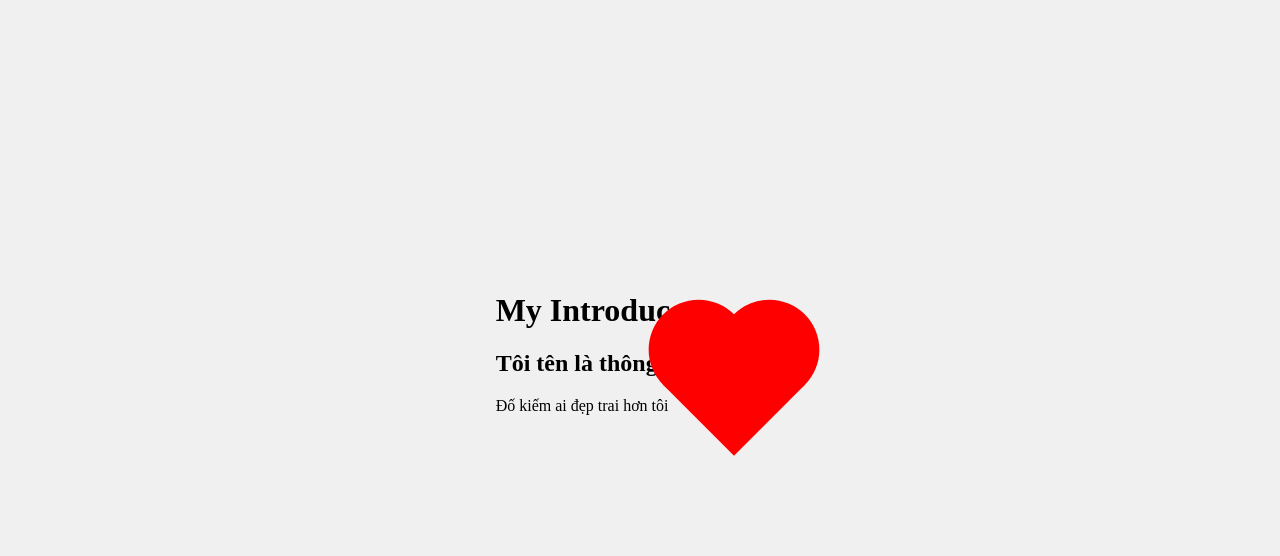
Repository: Thonghehe/profile
Page: index.html
These files come from the project's save history. The page is drawn as it stood at one moment and after the next save; the edit follows.
The browser window is 1280 px wide. The pictures show the whole page.

Above is the page before, as saved 2024-11-15 13:33:34.

After the next save:
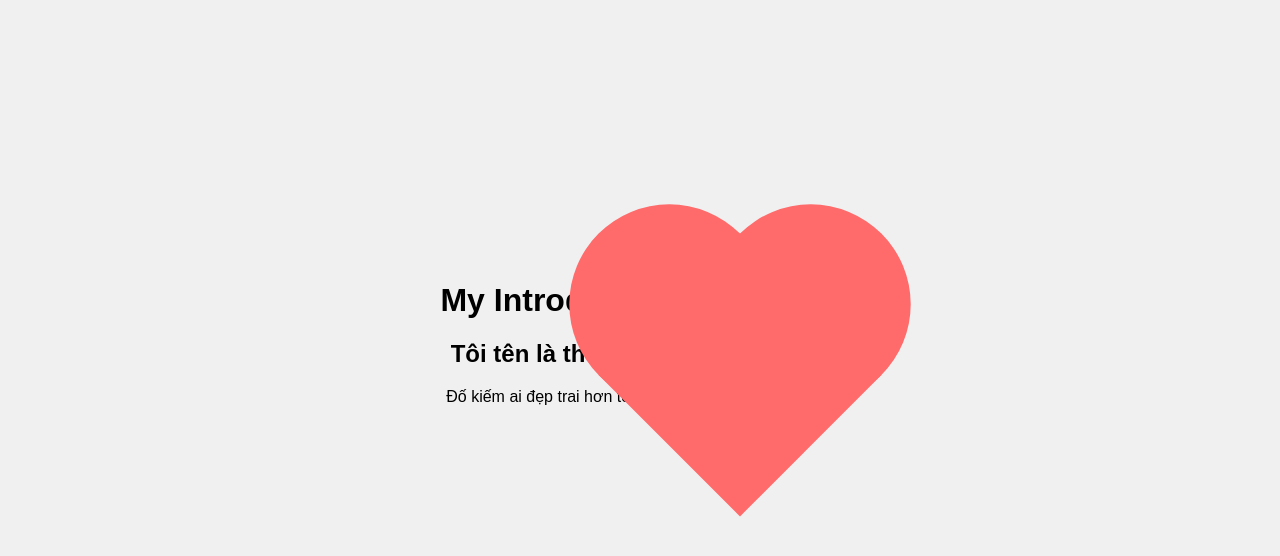
Saved 26 s later.
--- a/style.css
+++ b/style.css
@@ -5,13 +5,19 @@ body {
     height: 100vh;
     margin: 0;
     background-color: #f0f0f0;
+    font-family: Arial, sans-serif;
+}
+
+div {
+    text-align: center;
+    margin-bottom: 20px;
 }
 
 .heart {
     position: relative;
-    width: 100px;
-    height: 100px;
-    background-color: red;
+    width: 200px;
+    height: 200px;
+    background-color: #ff6b6b;
     transform: rotate(-45deg);
     margin-top: 50px;
 }
@@ -20,18 +26,18 @@ body {
 .heart::after {
     content: "";
     position: absolute;
-    width: 100px;
-    height: 100px;
-    background-color: red;
+    width: 200px;
+    height: 200px;
+    background-color: #ff6b6b;
     border-radius: 50%;
 }
 
 .heart::before {
-    top: -50px;
+    top: -100px;
     left: 0;
 }
 
 .heart::after {
     top: 0;
-    left: 50px;
+    left: 100px;
 }
